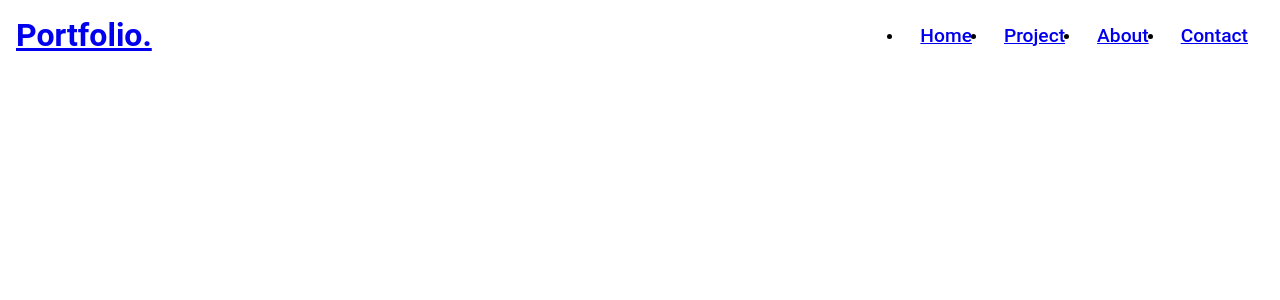
Repository: parisha-b3/My_Portfolio
Page: /
The author's editor kept a copy of each file at every save. The page is drawn from the files as they stood at one save, then again after a run of saves.
The browser window is 1280 px wide. The pictures show the whole page.
The project was rebuilt for these pictures with package versions that can differ from the ones it lists, and the page was loaded fresh each time. Also part of the build but not shown: src/routes/About.js, src/routes/Project.js, src/routes/Contact.js.

Above is the page before, as saved 2024-10-14 11:49:58.

### src/index.js
import React from 'react';
import ReactDOM from 'react-dom/client';
import './index.css';
import App from './App';
import { BrowserRouter } from "react-router-dom";

const root = ReactDOM.createRoot(document.getElementById('root'));
root.render(
  <BrowserRouter>
    <App />
  </BrowserRouter>
);

;

### src/index.css
@import url('https://fonts.googleapis.com/css2?family=Poppins:ital,wght@0,100;0,200;0,300;0,400;0,500;0,600;0,700;0,800;0,900;1,100;1,200;1,300;1,400;1,500;1,600;1,700;1,800;1,900&display=swap');

*{
  box-sizing: border-box;
  margin: 0;
  padding: 0;
  font-family: 'Roboto', sans-serif;
}

### src/App.js
import React from "react";
import "./index.css";
import Home from "./routes/Home";
import About from "./routes/About";
import Project from "./routes/Project";
import Contact from "./routes/Contact";
import { Route, Routes } from "react-router-dom";


function App() {
  return (
    <>
    <Routes>
      <Route path="/" element={<Home />} />
      <Route path="/about" element={<About />} />
      <Route path="/project" element={<Project />} />
      <Route path="/contact" element={<Contact />} />
    </Routes>
    </>
  );
}

export default App;

### src/routes/Home.js
import React from 'react';
import Navbar from "../components/Navbar";

const Home = () => {
  return (
    <div>
      <Navbar/>
    </div>
  )
}

export default Home

### src/components/Navbar.js
import { Link } from "react-router-dom";
import "./NavbarStyles.css";
import React from 'react'

const Navbar = () => {
  return (
    <div className="header">
        <Link to="/">
        <h1>Portfolio.</h1>
        </Link>
        <ul className="nav-menu">
            <li><Link to="/">Home</Link></li>
            <li><Link to="/project">Project</Link></li>
            <li><Link to="/about">About</Link></li>
            <li><Link to="/contact">Contact</Link></li>
        </ul>

    </div>
  )
}

export default Navbar

### src/components/NavbarStyles.css
.header{
    display: flex;
    justify-content: space-between;
    align-items: center;
    padding: 1rem;
}
.nav-menu{
    display: flex;
}
.nav-menu li{
    padding: 0 1rem;
}
.nav-menu a{
    font-size: 1.2rem;
    font-weight: 500;
}

Loaded but not shown: public/index.html (common file)

After the next 2 saves:
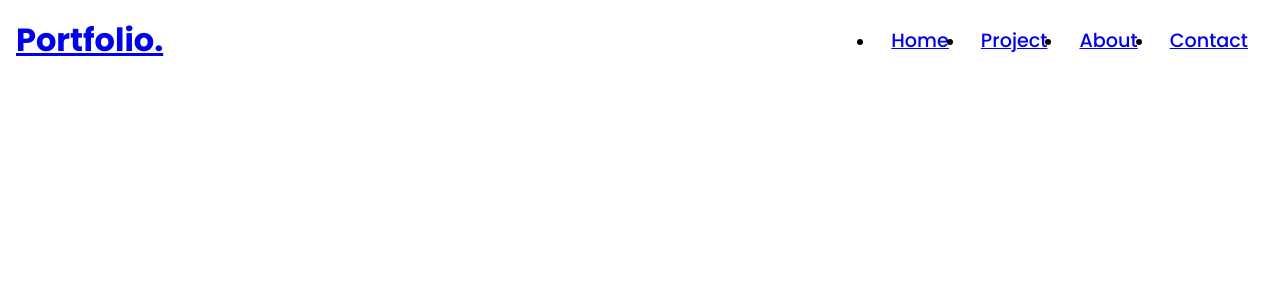
The 2 saves are shown as one change because they came seconds apart.
The last was saved 10 s later.
--- a/src/index.css
+++ b/src/index.css
@@ -4,5 +4,5 @@
   box-sizing: border-box;
   margin: 0;
   padding: 0;
-  font-family: 'Roboto', sans-serif;
+  font-family: 'Poppins', sans-serif;
 }
